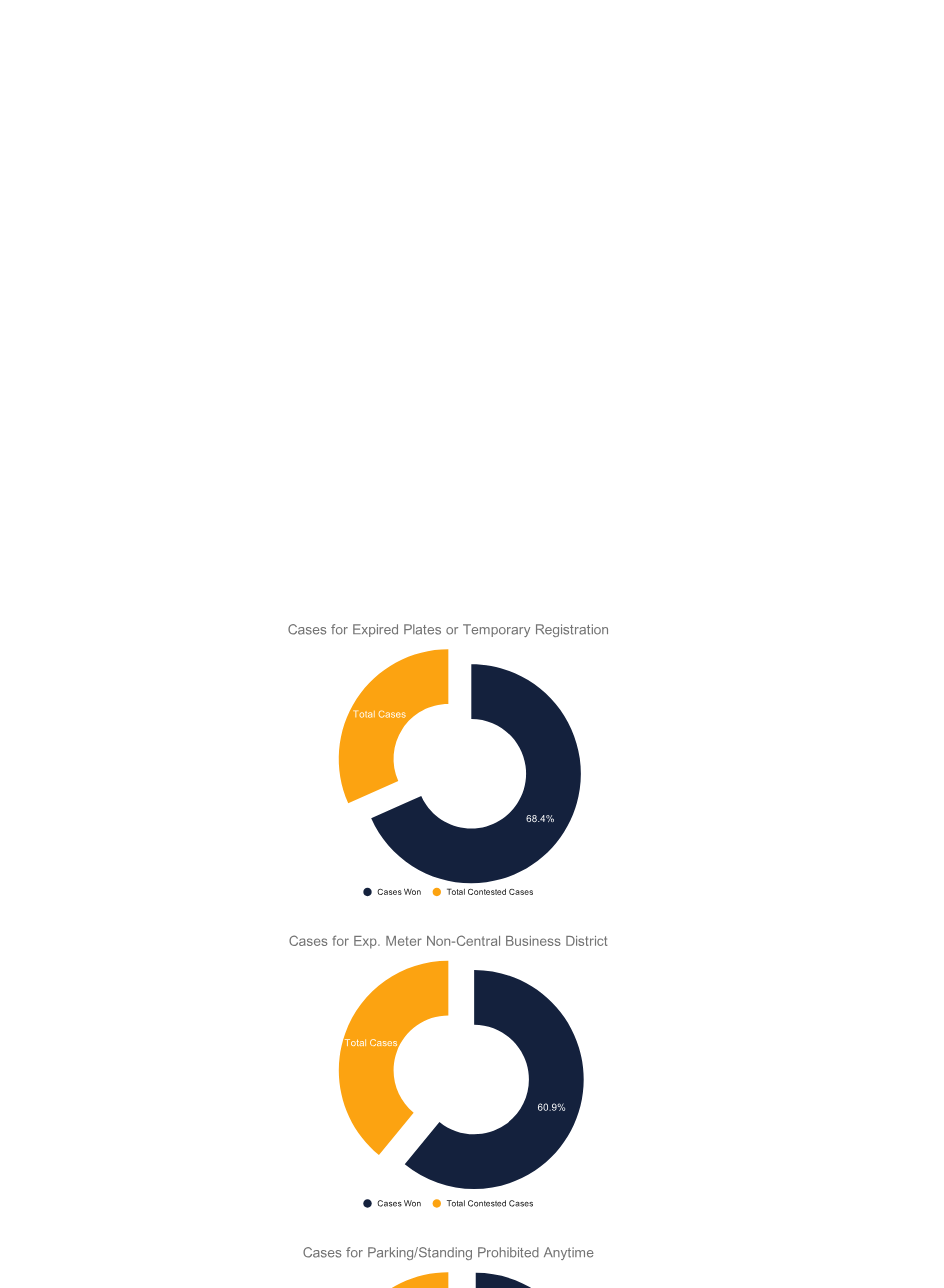
Repository: rdass1/COM421-FinalProject
Page: Website/index.html
These files come from the project's save history. The page is drawn as it stood at one moment and after the next save; the edit follows.
The browser window is 1280 px wide. The page is 1348 px wide, so the pictures cover 1348 px, including what lies to the right of the window. The pictures show the part of the page from y = 4660 to 6500 px (the page is 7761 px tall), at 70% of full size.

Above is the page before, as saved 2021-05-12 04:52:42.
Console error: TypeError: Cannot read properties of undefined (reading 'style')

### Website/index.html
<!DOCTYPE html>
<html>
    <head>
        <meta charset="UTF-8">
        <meta name="description" content="Take It To the Streets is a non-profit organization that helps people find information on how to fight their tickets. ">
        <meta name="author" content="Group 2">
        <meta name="viewport" content="width=device-width, initial-scale=1.0">
        <link rel="stylesheet" type="text/css" href="css/index.css">
        <script src="javascript/index.js"></script>
        <title>Take It To The Streets</title>
    </head>
    <body class = "container">
        <div class="header">
            <div id = "navbar">
                <nav>
                    <ul>
                        <li><a href="#about">About</a></li>
                        <li><a href="#statistics">Statistics</a></li>
                        <li><a href="#resources">Resources</a></li>
                        <li><a href="#contact">Contact</a></li>
                    </ul>

                </nav>
            </div>
        </div>
        <div id="home" class="home-image">
            <div id="title">
                <h1>Stand Your Ground</h1>
                <h2>Learn how you can fight back</h2>
            </div>

        </div>
        <div id="about">
            <h3>About</h3>
            <p>Have you ever received a ticket and we're unable pay the ticket? Did you know that you can contest all tickets you receive in court! This may seem like a very challenging task, but <em>Take It To The Streets</em> is here to help! We'll take you through the step by step process in order to fight for your ticket. We're on your side and will make sure you get the best possible outcome you can. Still not convinced? Check out the statistics in your area(ward 3). </p>
        </div>
        <div id="statistics" class="statistics-container">
            <div id="statistics-container-item-header"><h3>Statistics</h3></div>
            <div id="statistics-container-item-1">
                <img src="images/Cases Contested Vs Total Cases.svg">
            </div>
            <div id="statistics-container-item-2">
                <img src="images/Cases Won Vs Total Contested Cases.svg">
            </div>
            <div id="statistics-container-item-3">
                <img src="images/Top 5 Violations In Ward 3.svg">
            </div>
            <div id="statistics-container-item-4">
                <div class = "statistics-container-item-grid">
                    <div class="statistics-container-item-grid-item">
                        <img src="images/Cases for Expired Plates or Temporary Registration.svg">
                    </div>
                    <div class="statistics-container-item-grid-item">
                        <img src="images/Cases for Exp. Meter Non-Central Business District.svg">
                    </div>
                    <div class="statistics-container-item-grid-item">
                        <img src="images/Cases for Parking_Standing Prohibited Anytime.svg">
                    </div>
                    <div class="statistics-container-item-grid-item">
                        <img src="images/Cases for Park or Stand In Bus_Taxi_Carriage Stand.svg">
                    </div>
                    <div class="statistics-container-item-grid-item">
                        <img src="images/Cases for No City Sticker or Improper Display.svg">
                    </div>
                </div>
            </div>

        </div>
    </body>
</html>

### Website/css/index.css
html{
    scroll-behavior: smooth;
    font-family: 'Gill Sans', 'Gill Sans MT', Calibri, 'Trebuchet MS', sans-serif;
}

.container{
    margin:0px;
    display:grid;
    grid-template-columns: 1fr;
}

.header{
    background-color: #fca311;
    width: 100%;
    display: flex;
    justify-content: flex-start;
    margin: 0px;
    padding: 0px;
    z-index: 100;
}

#navbar nav{
    display: flex;


}

#navbar ul{
    height:inherit;
    margin: 0px;
    padding: 0px;
    overflow: hidden;
    list-style: none;
}

#navbar li{
    margin: 0px;
    font-size: 1.5rem;
    float:left;

}

#navbar a{
    display: block;
    color: white;
    text-decoration: none;
    padding: 20px 20px 20px 20px;
}

#navbar li:hover{
    background-color: #cf323f;
}


.home-image{
    display: grid;
    width:100%;
    height:60vh;
    background-image: url("/Website//images/pic5.png");
    background-repeat: no-repeat;
    background-size: cover;
    background-position: 0% 100%;

    grid-template-columns: auto;
    grid-template-rows: auto;
    grid-template-areas:
    ". . . . . . ."
    ". . header . . . ."
    ". . . . . . ."
    ". . . . . . ."


    ;

}


#title{
    grid-area: header;
}

#title h1{
    font-size: 8rem;
    color:white;
    margin: 0px;
    padding: 0px;
    text-shadow: 2px 2px 15px #2e2e2e;
}

.home-image h2{
    margin: 0px;
    padding: 0px;
    font-size: 3rem;
    color:white;
    text-shadow: 2px 2px 15px #2e2e2e;
}





.home-image img{
    width: 100%;
    height: 60%;
    object-fit: cover;
    object-position: 0px 100%;
    z-index: 10;
}



#about h3{
    text-align: center;
    font-size: 3rem;
    margin-bottom:15px;
}

#about p{
    text-align: center;
    margin-top:0px;
    margin-left:60px;
    margin-right:60px;
    font-size: 2rem;
}

.statistics-container{
    margin:10px;
    display: grid;
    grid-template-rows: 0fr 1fr 1fr 1fr;
    grid-template-columns: 1fr 1fr;
    justify-content: center;
    justify-items: center;


}

.statistics-container-item{
    background-color:#cf323f;


}

.statistics-container-item img{
    width: 100%;
    height: 100%;
}

#statistics-container-item-header{
    grid-column: 1 / span 2;
    grid-row: 1 / 1;
    font-size: 3rem;
    text-align: center;



}

#statistics-container-item-1{
    grid-column: 1 / span 1;
    grid-row: 2/ 2;
}
#statistics-container-item-2{
    grid-column: 2 / span 2;
    grid-row: 2/ 2;
}
#statistics-container-item-3{
    grid-column: 1 / span 2;
    grid-row: 3/ 3;
}

#statistics-container-item-4{
    grid-column: 1 / span 2;
    grid-row: 4/ 4;
}

.statistics-container-item-grid{
    display: grid;
}

.statistics-container-item-grid-item{
    ba
}

### Website/javascript/index.js
var slideIndex = 0;

showSlides();

function showSlides(){
    var i;
    var slides = document.getElementsByClassName("mySlides");
    var dots = document.getElementsByClassName("dot");
  for (i = 0; i < slides.length; i++) {
    slides[i].style.display = "none";
  }
  slideIndex++;
  if (slideIndex > slides.length) {slideIndex = 1}
  for (i = 0; i < dots.length; i++) {
    dots[i].className = dots[i].className.replace(" active", "");
  }
  slides[slideIndex-1].style.display = "block";
  dots[slideIndex-1].className += " active";
  setTimeout(showSlides, 2000);

  for(var i = 0; i<10; i++){
      console.log(i);
  }
}

After the next save:
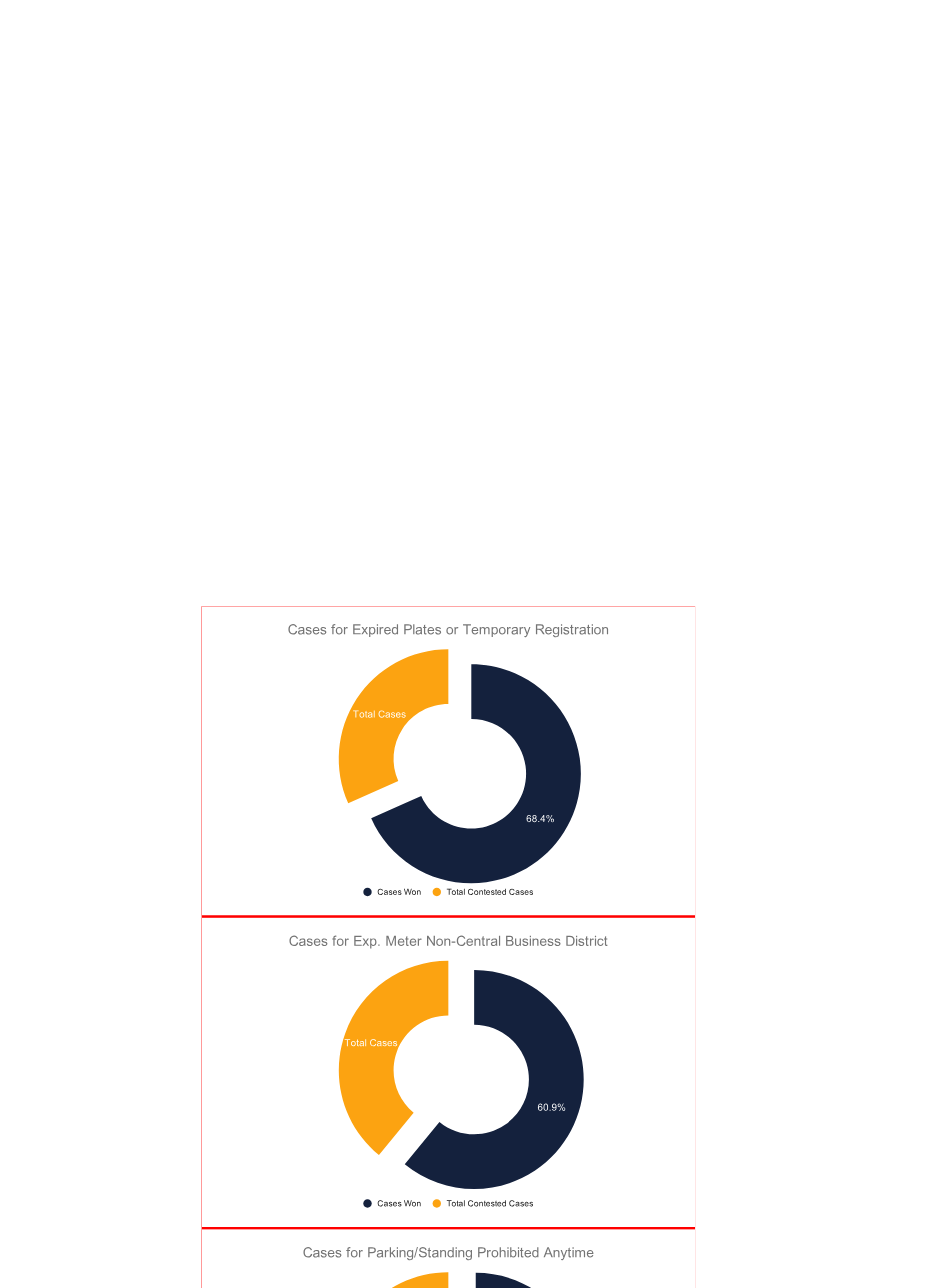
Saved 4 s later.
--- a/Website/css/index.css
+++ b/Website/css/index.css
@@ -178,5 +178,5 @@ html{
 }
 
 .statistics-container-item-grid-item{
-    ba
+    background-color: red;
 }
